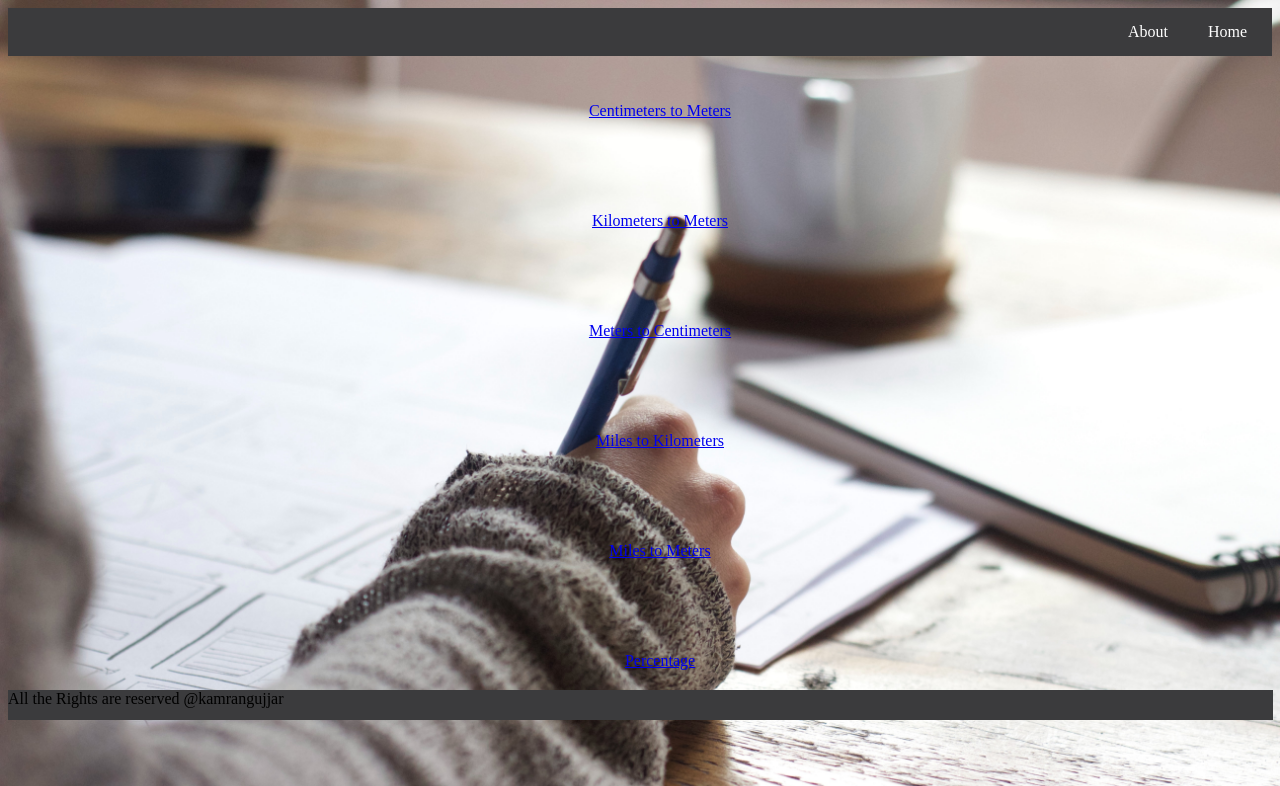
Repository: Kamrangujjar85112/Length-Converter
Page: html/home.html
An editor plug-in stored every save of this project. The page is shown before and after the next save, followed by the edit.
The browser window is 1280 px wide. The pictures show the whole page.
Backgrounds fixed to the window are drawn as part of the page.

Above is the page before, as saved 2022-01-21 04:35:37.

After the next save:
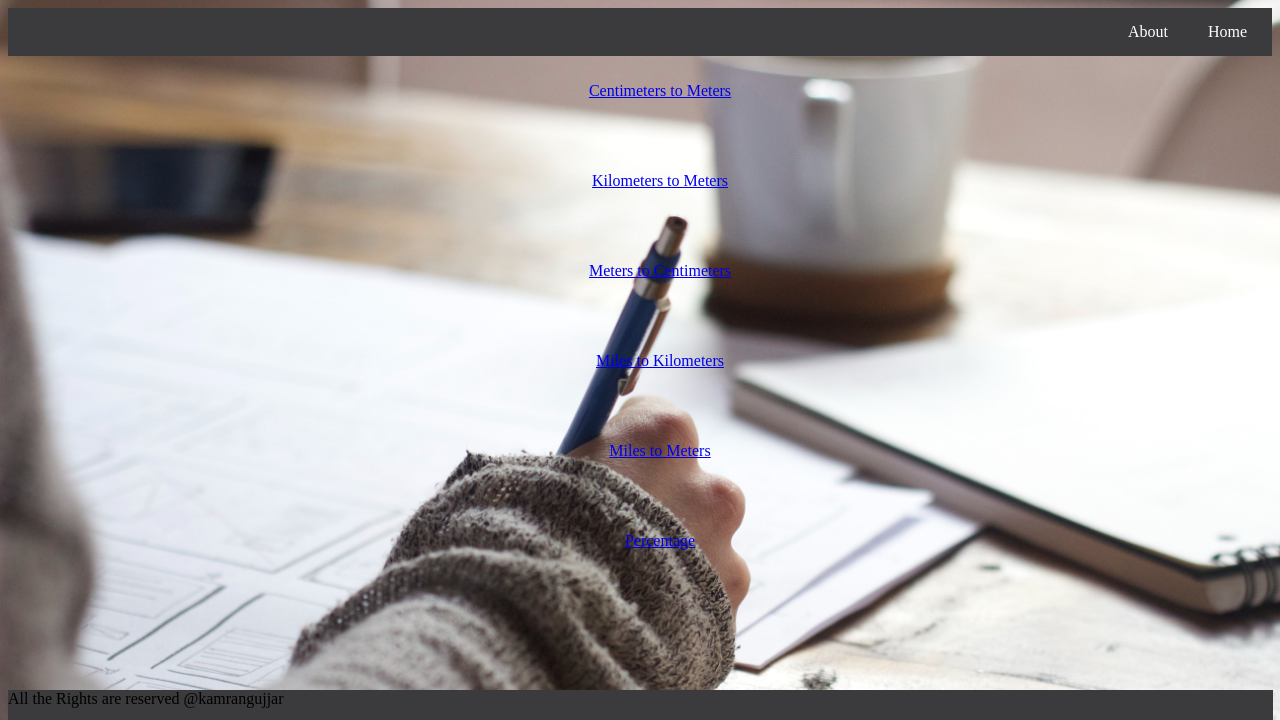
Saved 11 s later.
--- a/css/style.css
+++ b/css/style.css
@@ -34,7 +34,7 @@
 .link {
     list-style: none;
     text-align: center;
-    margin: 30px;
+    margin: 10px;
     width: 300px;
     height: 80px;
 }
